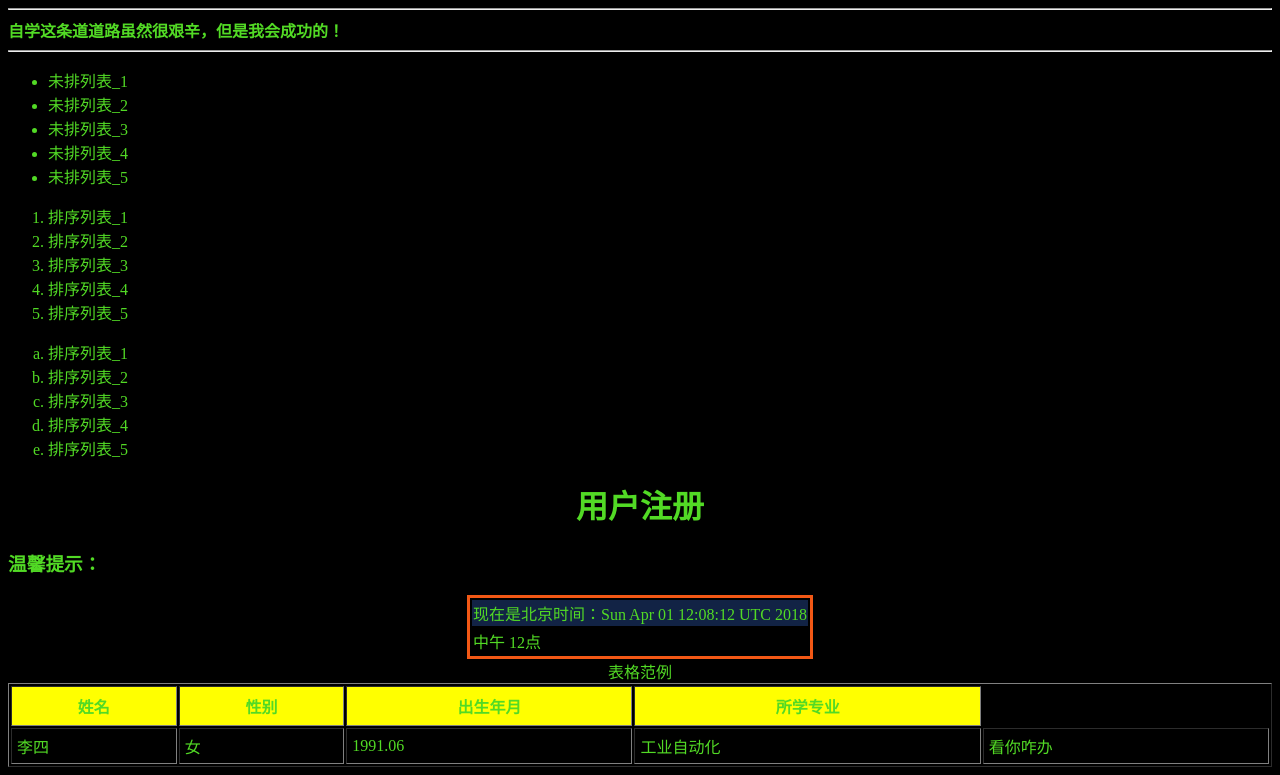
Repository: Coder-YJ/Java
Page: http://localhost/JspTest/test.jsp
These files come from the project's save history. The page is drawn as it stood at one moment and after the next save; the edit follows.
The browser window is 1280 px wide. The pictures show the whole page.
The page is served by Tomcat 9.

Above is the page before, as saved 2018-04-01 12:40:35.

After the next save:
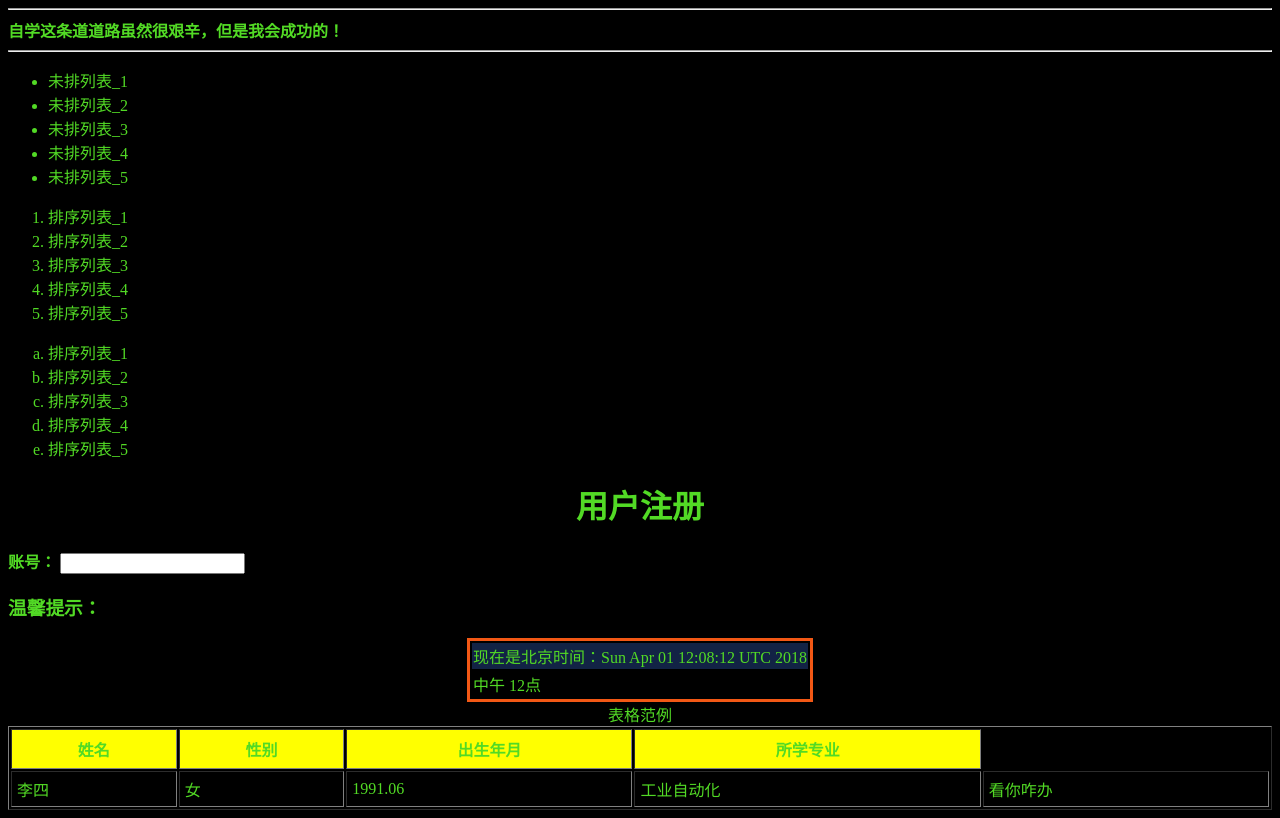
Saved 65 s later.
--- a/MyEclipse10/JspTest/WebRoot/test.jsp
+++ b/MyEclipse10/JspTest/WebRoot/test.jsp
@@ -36,7 +36,7 @@
 	</ol>
 	<h1 align="center">用户注册</h1>
 	<form action="Process.jsp" method="get">
-
+		<b>账号：  </b><input type="text" name="id">
 	</form>
 	<table align="center" bordercolor="#F25815">
 		<h3>温馨提示：</h3>
